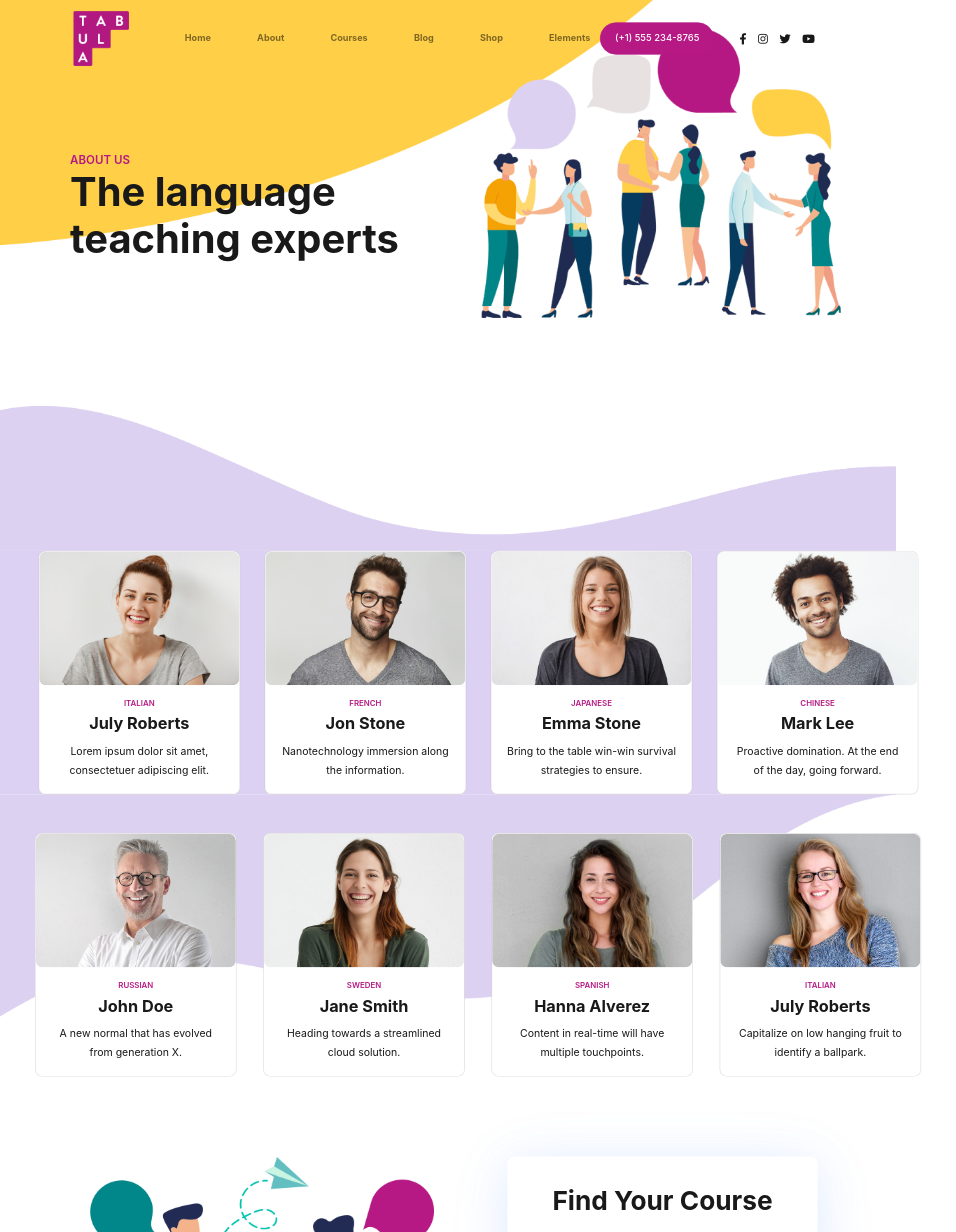
Repository: Khanh1234-glitch/TruongNguyenBaoKhanh_BC22_assignment__tabula
Page: Tabula/index.html
An editor plug-in stored every save of this project. The page is shown before and after the next save, followed by the edit.
The browser window is 1280 px wide. The page is 1366 px wide, then 1280 px, so the pictures cover 1366 px, including what lies to the right of the window. The pictures show the part of the page from y = 0 to 1760 px (the page is 3071 px tall before and 720 px after), at 70% of full size.
The style sheet was rebuilt from its Sass, Less or Tailwind sources for each picture, by a compiler version that may differ from the author's.

Above is the page before, as saved 2022-04-18 16:08:11.
Console error: ReferenceError: header is not defined

After the next save:
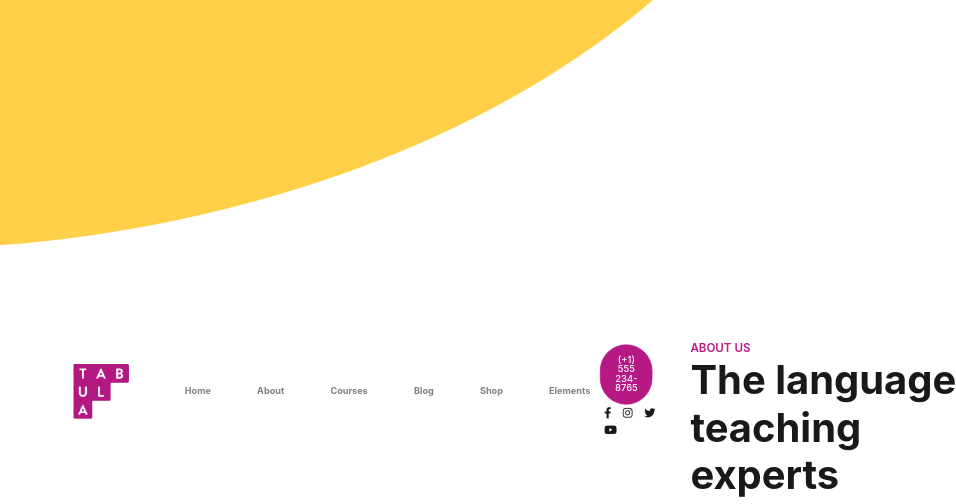
Saved 16 s later.
--- a/Tabula/index.html
+++ b/Tabula/index.html
@@ -15,7 +15,8 @@
 </head>
 
 <body>
-    <nav style="position: fixed;padding: 5px 100px; z-index: 100000;" class="navbar   navbar-expand-lg navbar-light ">
+
+    <body style="position: fixed;padding: 5px 100px; z-index: 100000;" class="navbar   navbar-expand-lg navbar-light ">
         <a class="navbar-brand" href="#"><img src="./img/crest.png" alt=""></a>
         <button class="navbar-toggler" type="button" data-toggle="collapse" data-target="#navbarSupportedContent" aria-controls="navbarSupportedContent" aria-expanded="false" aria-label="Toggle navigation">
             <span class="navbar-toggler-icon"></span>
@@ -54,7 +55,7 @@
                 </div>
             </form>
         </div>
-    </nav>
+    </body>
     <nav>
 
         <div class="hero-book container ">
